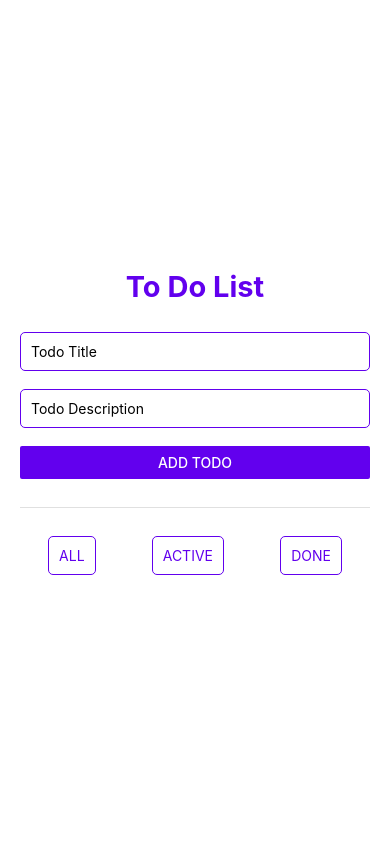
Repository: mohamed-omar-mubark/react-native-todo
Screen: /
The author's editor kept a copy of each file at every save. The screen is drawn from the files as they stood at one save, then again after the next save.
The app was drawn by React Native's web renderer in a window 390 px wide. The project was rebuilt for these pictures with package versions that can differ from the ones it lists, and the page was loaded fresh each time.

Above is the screen before, as saved 2024-08-07 18:08:49.

### App.js
import React, { useState } from "react";
import {
  StyleSheet,
  Text,
  View,
  TextInput,
  Button,
  FlatList,
  TouchableOpacity,
} from "react-native";

export default function App() {
  const [title, setTitle] = useState("");
  const [description, setDescription] = useState("");
  const [todos, setTodos] = useState([]);
  const [filter, setFilter] = useState("All");

  const addTodo = () => {
    if (title && description) {
      setTodos([
        ...todos,
        { id: Date.now(), title, description, status: "active" },
      ]);
      setTitle("");
      setDescription("");
    }
  };

  const changeStatus = (id, status) => {
    setTodos(
      todos.map((todo) => (todo.id === id ? { ...todo, status } : todo))
    );
  };

  const getFilteredTodos = () => {
    if (filter === "All") return todos;
    return todos.filter((todo) => todo.status === filter.toLowerCase());
  };

  return (
    <View style={styles.container}>
      <Text style={styles.title}>To Do List</Text>
      <TextInput
        style={styles.input}
        placeholder="Todo Title"
        value={title}
        onChangeText={setTitle}
      />
      <TextInput
        style={styles.input}
        placeholder="Todo Description"
        value={description}
        onChangeText={setDescription}
      />
      <Button title="Add Todo" onPress={addTodo} color="#6200EE" />
      <View style={styles.divider} />
      <View style={styles.filterContainer}>
        {["All", "active", "done"].map((status) => (
          <TouchableOpacity key={status} onPress={() => setFilter(status)}>
            <Text
              style={[
                styles.filterButton,
                filter === status && styles.selectedFilter,
              ]}>
              {status.toUpperCase()}
            </Text>
          </TouchableOpacity>
        ))}
      </View>
    </View>
  );
}

const styles = StyleSheet.create({
  container: {
    flex: 1,
    display: "flex",
    justifyContent: "center",
    alignContent: "center",
    marginTop: 20,
    padding: 20,
    gap: 8,
    backgroundColor: "#ffffff",
  },
  title: {
    fontSize: 29,
    fontWeight: "bold",
    textAlign: "center",
    color: "#6200EE",
    marginBottom: 20,
  },
  input: {
    borderWidth: 1,
    borderColor: "#6200EE",
    padding: 10,
    marginBottom: 10,
    borderRadius: 5,
  },
  divider: {
    height: 1,
    backgroundColor: "#E0E0E0",
    marginVertical: 20,
  },
  filterContainer: {
    flexDirection: "row",
    justifyContent: "space-around",
    marginBottom: 20,
  },
  filterButton: {
    padding: 10,
    borderRadius: 5,
    borderWidth: 1,
    borderColor: "#6200EE",
    textAlign: "center",
    color: "#6200EE",
  },
});

After the next save:
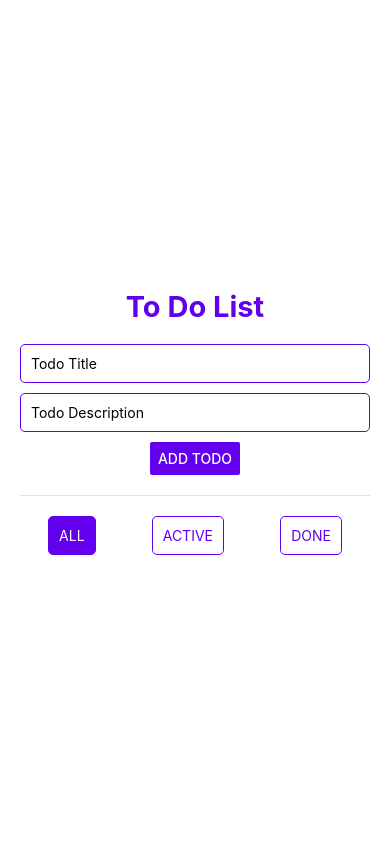
Saved 4 min 2 s later.
--- a/App.js
+++ b/App.js
@@ -5,7 +5,6 @@ import {
   View,
   TextInput,
   Button,
-  FlatList,
   TouchableOpacity,
 } from "react-native";
 
@@ -24,12 +23,6 @@ export default function App() {
       setTitle("");
       setDescription("");
     }
-  };
-
-  const changeStatus = (id, status) => {
-    setTodos(
-      todos.map((todo) => (todo.id === id ? { ...todo, status } : todo))
-    );
   };
 
   const getFilteredTodos = () => {
@@ -74,12 +67,10 @@ export default function App() {
 const styles = StyleSheet.create({
   container: {
     flex: 1,
-    display: "flex",
     justifyContent: "center",
-    alignContent: "center",
+    alignItems: "center",
     marginTop: 20,
     padding: 20,
-    gap: 8,
     backgroundColor: "#ffffff",
   },
   title: {
@@ -95,15 +86,18 @@ const styles = StyleSheet.create({
     padding: 10,
     marginBottom: 10,
     borderRadius: 5,
+    width: "100%",
   },
   divider: {
     height: 1,
     backgroundColor: "#E0E0E0",
     marginVertical: 20,
+    width: "100%",
   },
   filterContainer: {
     flexDirection: "row",
     justifyContent: "space-around",
+    width: "100%",
     marginBottom: 20,
   },
   filterButton: {
@@ -114,4 +108,8 @@ const styles = StyleSheet.create({
     textAlign: "center",
     color: "#6200EE",
   },
+  selectedFilter: {
+    backgroundColor: "#6200EE",
+    color: "#ffffff",
+  },
 });
